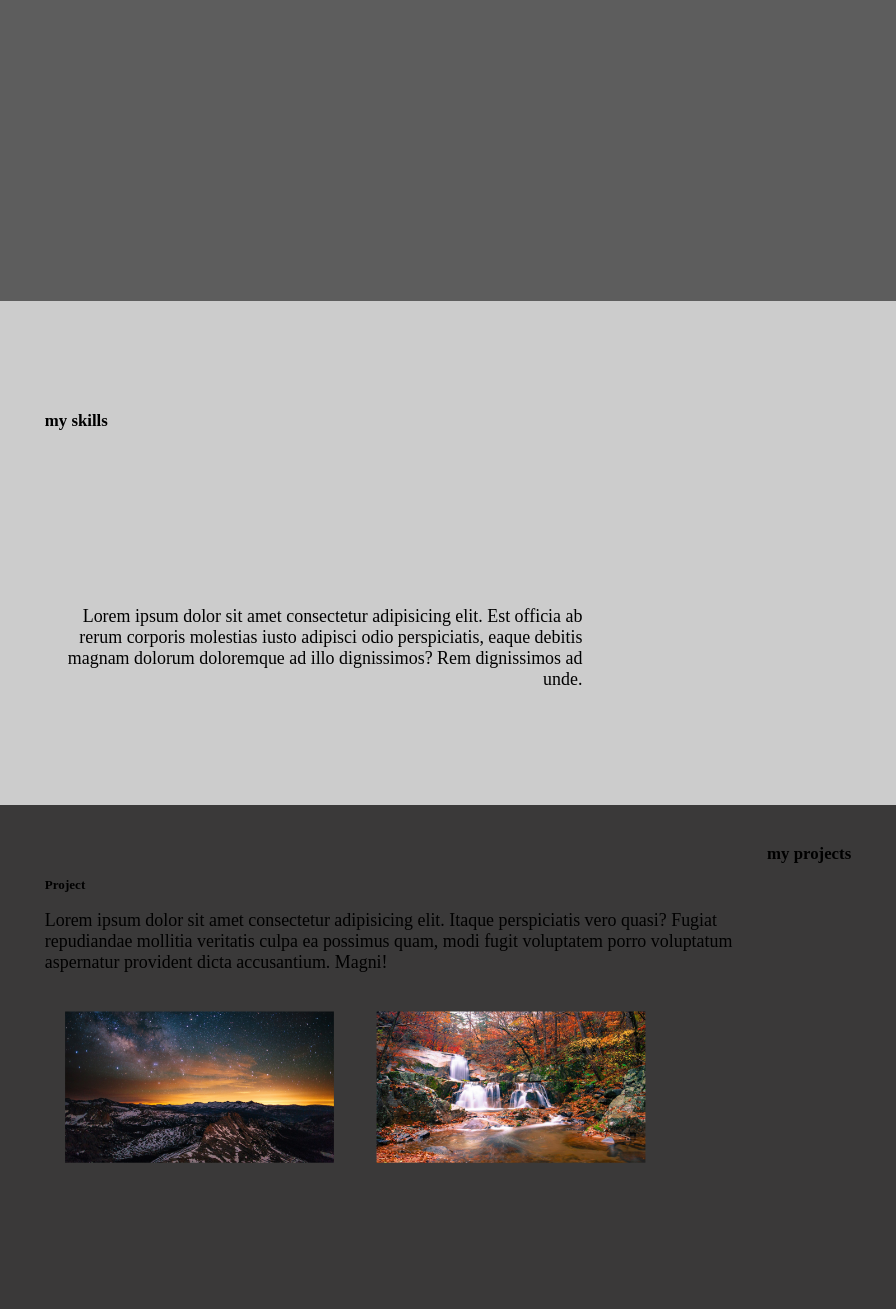
Repository: Bilbertius/thinkful-portfolio
Page: index.html
The author's editor kept a copy of each file at every save. The page is drawn from the files as they stood at one save, then again after the next save.
The browser window is 1280 px wide. The pictures show the part of the page from y = 1010 to 2930 px (the page is 2880 px tall before and 2930 px after), at 70% of full size.

Above is the page before, as saved 2020-01-16 15:33:42.

After the next save:
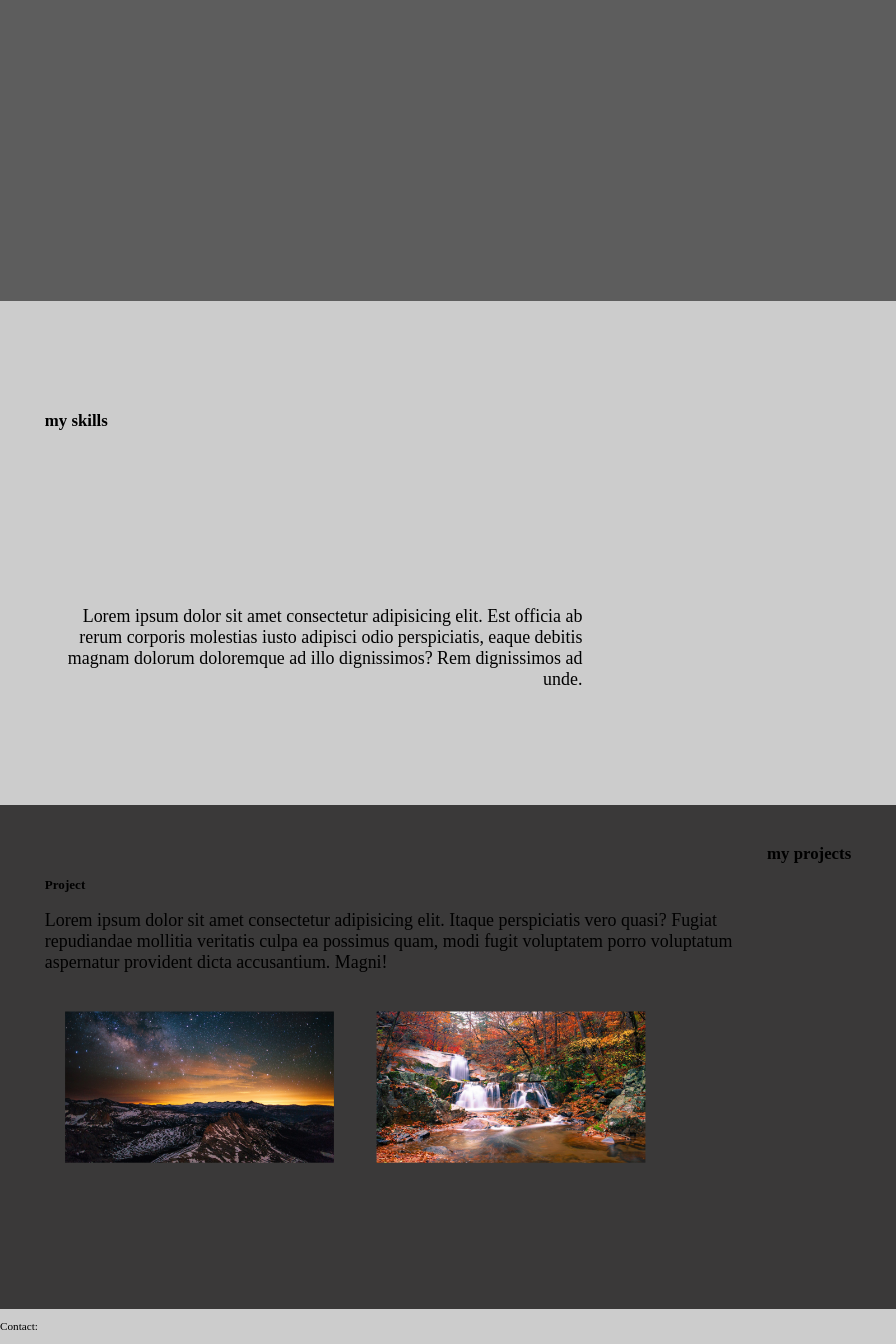
Saved 9 min 36 s later.
--- a/index.html
+++ b/index.html
@@ -66,6 +66,7 @@
         <img src="./3956.jpg" alt="filler image" />
         <img src="./20234.jpg" alt="filler image" />
       </section>
+      <footer><p>Contact:</p></footer>
     </main>
   </body>
 </html>
